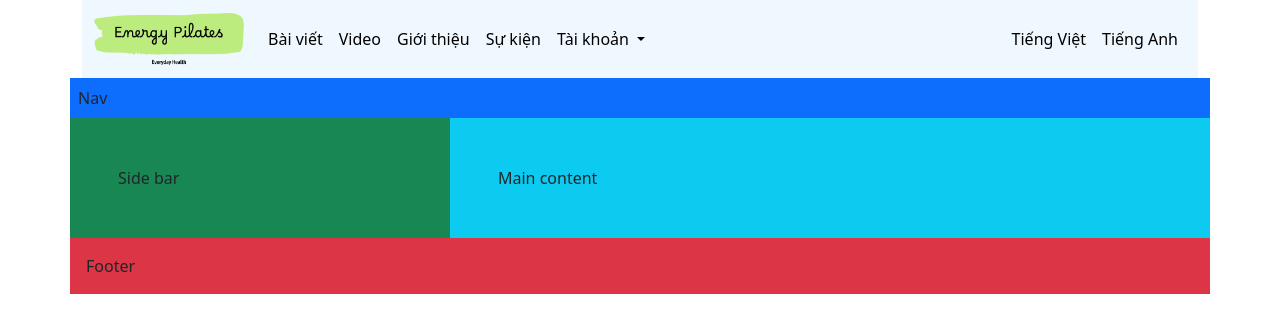
Repository: KizukoHeiwa/SOF308
Page: Lab1/index.html
An editor plug-in stored every save of this project. The page is shown before and after the next save, followed by the edit.
The browser window is 1280 px wide. The pictures show the whole page.

Above is the page before, as saved 2024-10-31 10:02:52.

After the next save:
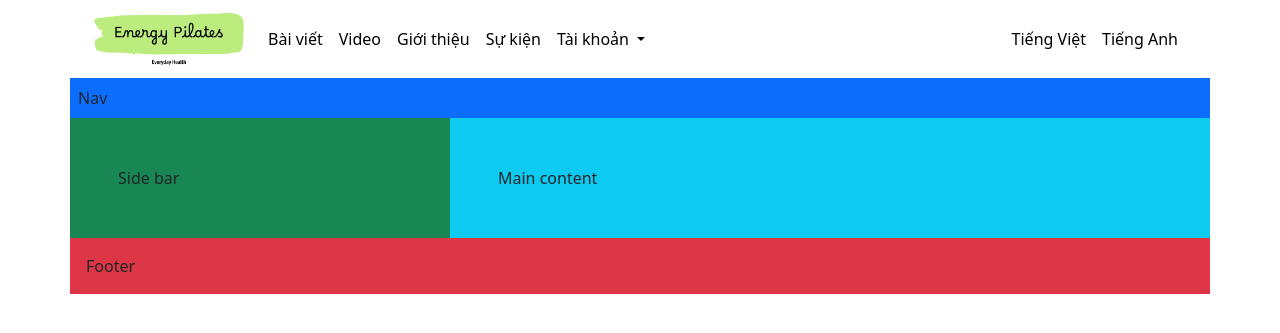
Saved 14 s later.
--- a/Lab1/index.html
+++ b/Lab1/index.html
@@ -24,7 +24,7 @@
 <body>
     <div class="container">
         <header>
-            <nav class="navbar navbar-expand-sm navbar-dark">
+            <nav class="navbar navbar-expand-sm">
                 <div class="container">
                     <a class="navbar-brand" href="#">
                         <img src="img/logo-energy-pilates.png" alt="" style="width: 150px;">

After the 2 saves that followed:
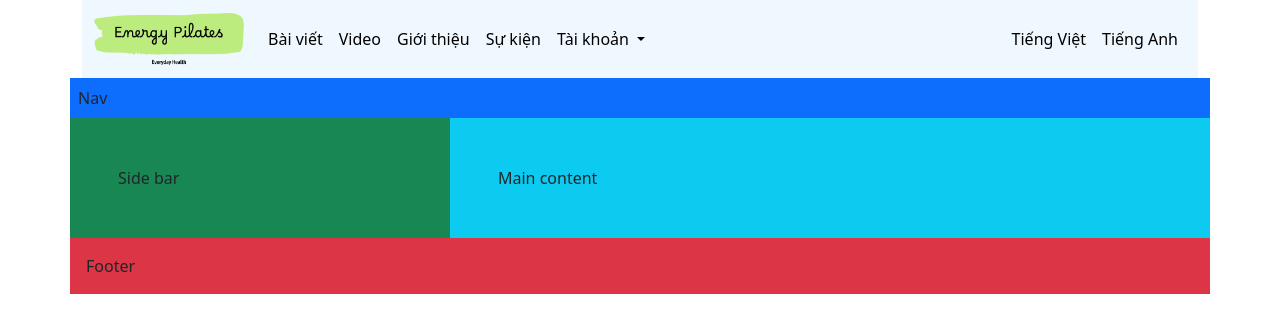
The 2 saves are shown as one change because 1 left the picture as it was.
The last was saved 12 s later.
--- a/Lab1/index.html
+++ b/Lab1/index.html
@@ -7,7 +7,7 @@
     <link href="https://cdn.jsdelivr.net/npm/bootstrap@5.3.3/dist/css/bootstrap.min.css" rel="stylesheet" integrity="sha384-QWTKZyjpPEjISv5WaRU9OFeRpok6YctnYmDr5pNlyT2bRjXh0JMhjY6hW+ALEwIH" crossorigin="anonymous">
     <script src="https://cdn.jsdelivr.net/npm/bootstrap@5.3.3/dist/js/bootstrap.bundle.min.js" integrity="sha384-YvpcrYf0tY3lHB60NNkmXc5s9fDVZLESaAA55NDzOxhy9GkcIdslK1eN7N6jIeHz" crossorigin="anonymous"></script>
     <style>
-        .navbar-dark{
+        header{
             background-color: aliceblue;
         }
         .nav-link{
